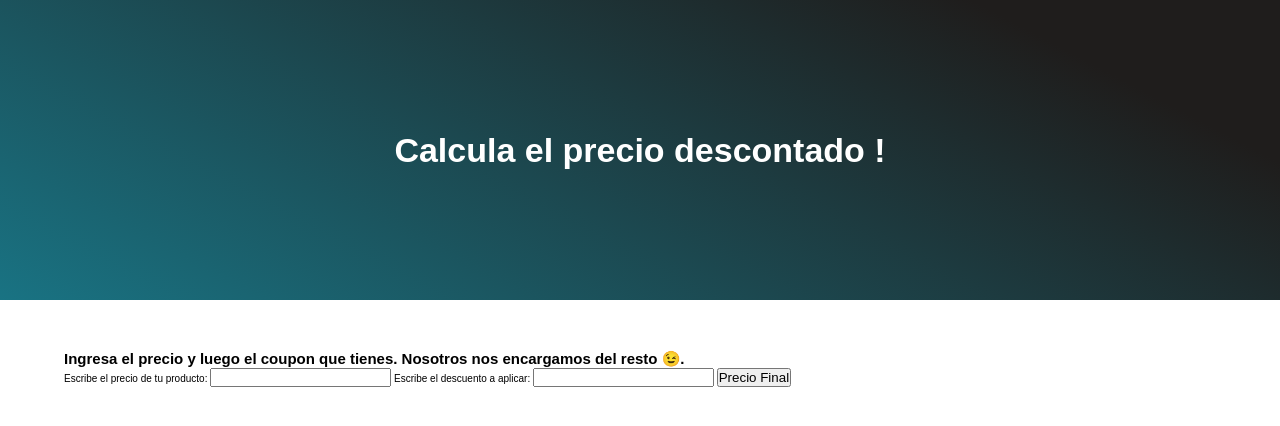
Repository: ChristianGecchelin/javascript-project
Page: javascript-project/descuentos y porcentajes/descuentos.html
An editor plug-in stored every save of this project. The page is shown before and after the next save, followed by the edit.
The browser window is 1280 px wide. The pictures show the whole page.

Above is the page before, as saved 2021-12-05 18:16:11.

### javascript-project/descuentos y porcentajes/descuentos.html
<!DOCTYPE html>
<html lang="es">
  <head>
    <meta charset="UTF-8" />
    <meta http-equiv="X-UA-Compatible" content="IE=edge" />
    <meta name="viewport" content="width=device-width, initial-scale=1.0" />
    <title>Porcentajes y descuentos</title>
    <link rel="stylesheet" href="./style.css" />
  </head>
  <body>
    <header>
      <div class="header--title-container">
        <h1>Calcula el precio descontado !</h1>
      </div>
    </header>
    <main>
      <section class="title-container">
        <h2 class="title">
          Ingresa el precio y luego el coupon que tienes. Nosotros nos
          encargamos del resto 😉.
        </h2>
        <div class="container-form">
          <form action="">
            <label for="inputPrice"> Escribe el precio de tu producto:</label>
            <input type="number" id="inputPrice" />
            <label for="inputCoupon">Escribe el descuento a aplicar:</label>
            <input type="number" id="inputCoupon" />
            <button type="button" onclick="calculateDiscountPrice()">
              Precio Final
            </button>
          </form>
        </div>
        <section class="container-answer">
          <p id="resultFunction"></p>
        </section>
      </section>
    </main>

    <script src="./descuentos.js"></script>
  </body>
</html>

### javascript-project/descuentos y porcentajes/style.css
:root {
  --Dark-lightblue: #197383;
  --soft-orange: #ffe9d5;
  --secondary-blue: #1a9af7;
  --soft-blue: #e7f5ff;
  --warm-black: #201e1c;
  --black: #282623;
  --grey: #bababa;
  --off-white: #faf8f7;
  --just-white: #fff;
}
* {
  box-sizing: border-box;
  margin: 0;
  padding: 0;
}
html {
  font-size: 62.5%;
  font-family: "DM Sans", sans-serif;
}
header {
  position: relative;
  display: flex;
  flex-direction: column;
  justify-content: center;
  width: 100%;
  min-width: 320px;
  height: 300px;
  text-align: center;
  background: linear-gradient(207.8deg, #1f1d1c 16.69%, #197383 100%);
}
header .header--title-container {
  display: flex;
  justify-content: center;
  align-self: center;
  width: 90%;
  min-width: 288px;
  max-width: 900px;
  height: 200px;
  text-align: center;
}
header .header--title-container h1 {
  margin: auto;
  font-size: 3.4rem;
  font-weight: 700;
  line-height: 3.6rem;
  color: var(--just-white);
}
.title-container {
  width: 90%;
  margin: 0 auto;
  margin-top: 50px;
}

### javascript-project/descuentos y porcentajes/descuentos.js
// Voy a relacionar los descuentos a cupones que el cliente puede aplicar para bajar el precio del producto
// 1° creo un array de objetos. propiedad: valor,
const coupons = [
  {
    name: "nuevo-socio",
    discount: 30,
  },
  { name: "primera-compra", discount: 15 },
  { name: "navidad", discount: 10 },
  {
    name: "cumpleaños",
    discount: 5,
  },
];
function calculoPrecioConDescuento(precio, descuento) {
  // Calculo el porcentaje final que PAGARA el cliente
  const porcentajePrecioConDescuento = 100 - descuento;
  const precioConDescuento = (precio * porcentajePrecioConDescuento) / 100;
  return precioConDescuento;
}
//Esta funcion es la que llamaremos cuando tocamos el boton
//tomamos los valores puestos en los input
function calculateDiscountPrice() {
  const inputPrice = document.getElementById("inputPrice");
  const priceValue = inputPrice.value;
  const inputCoupon = document.getElementById("inputCoupon");
  const couponValue = inputCoupon.value;
  // Esta funcion validara si coupon name es igual a coupon value, solo se ejecuta cuando la llamo

  const isCouponValueValid = function (coupon) {
    return coupon.name === coupon.value;
  };
  //recorreremos el array de cupones para ver si lo introducido en el input corresponde a un cupon valido mediante la funcion anterior y lo almacenamos en una constante
  const userCoupon = coupons.find(isCouponValueValid);
  //si no corresponde nos da un alert. Pero si es valido, la propiedad discount se la asigno a descuento y ejecuto las funciones para calcular
  //finalmente lo traslado al html
  if (!userCoupon) {
    alert(`El cupón ${couponValue} no es válido`);
  } else {
    const descuento = userCoupon.discount;
    const precioConDescuento = calculoPrecioConDescuento(priceValue, descuento);
    const resultP = document.getElementById("ResultP");
    resultP.innerText = `El precio con descuento es: ${precioConDescuento}`;
  }
}

After the next save:
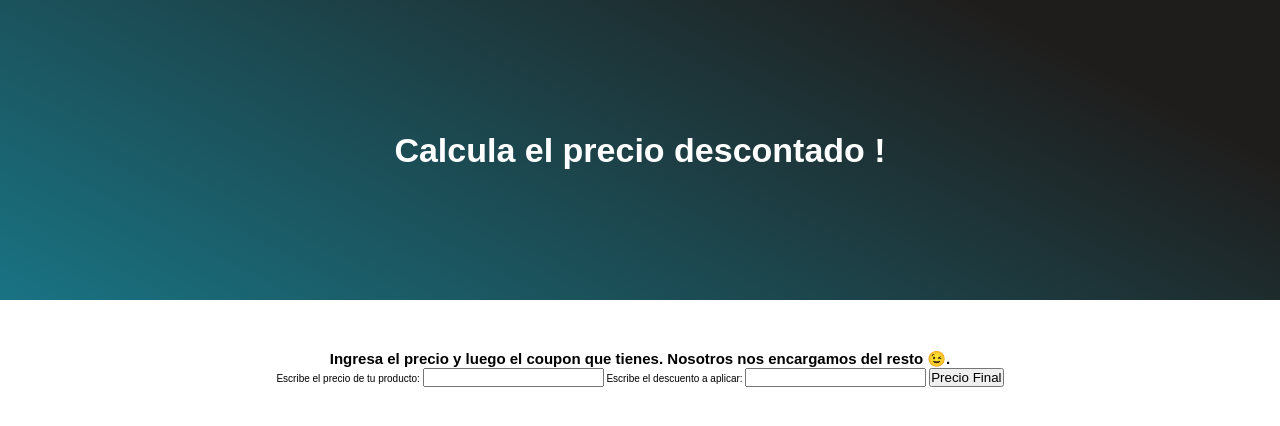
Saved 30 s later.
--- a/javascript-project/descuentos y porcentajes/style.css
+++ b/javascript-project/descuentos y porcentajes/style.css
@@ -48,6 +48,8 @@ header .header--title-container h1 {
 }
 .title-container {
   width: 90%;
+  height: auto;
   margin: 0 auto;
   margin-top: 50px;
+  text-align: center;
 }
